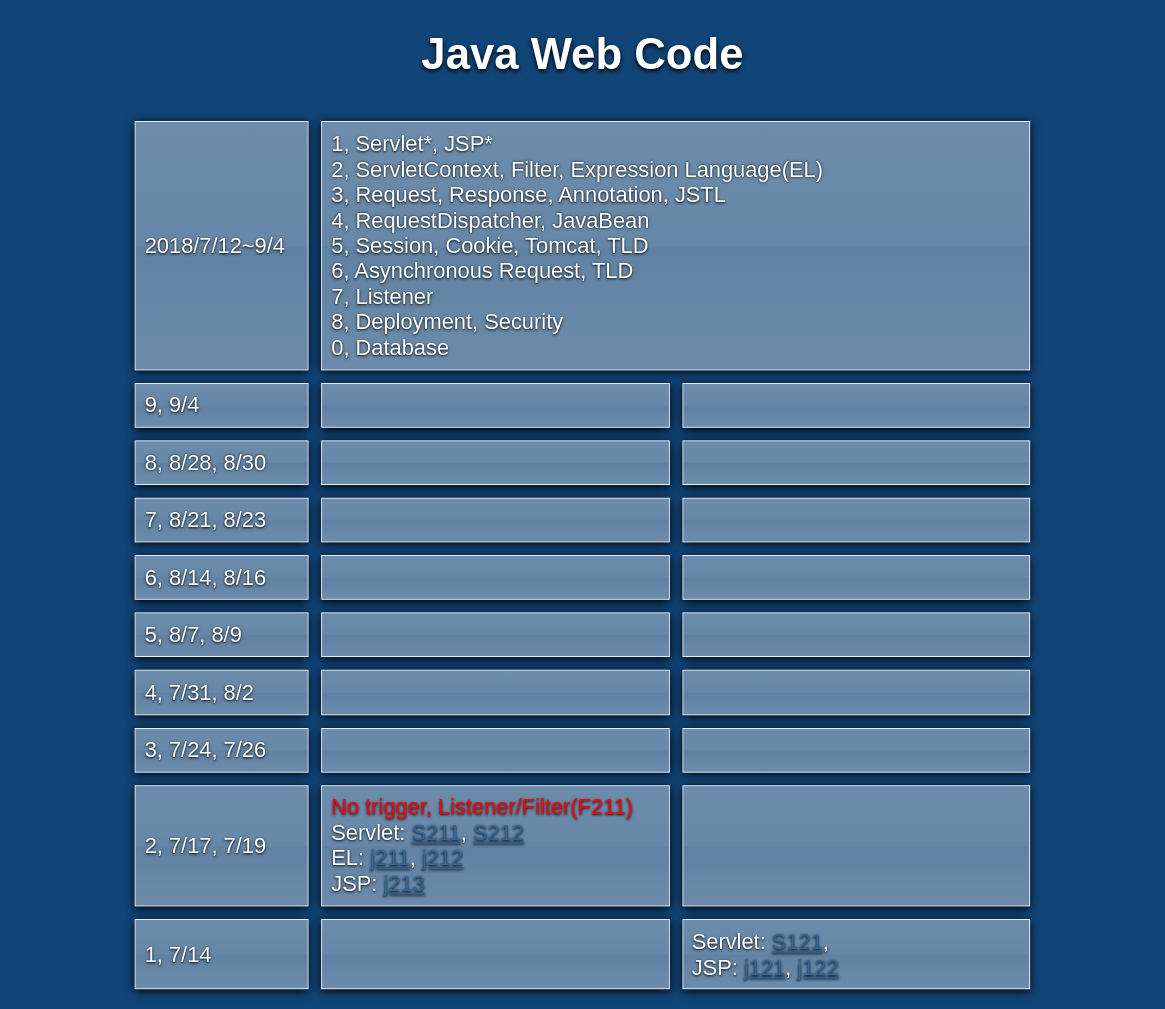
Repository: anxhuang/Java_Web
Page: code/WebContent/index.html
These files come from the project's save history. The page is drawn as it stood at one moment and after the next save; the edit follows.
The browser window is 1280 px wide. The pictures show the whole page, at 91% of full size.

Above is the page before, as saved 2018-07-17 12:00:31.

After the next save:
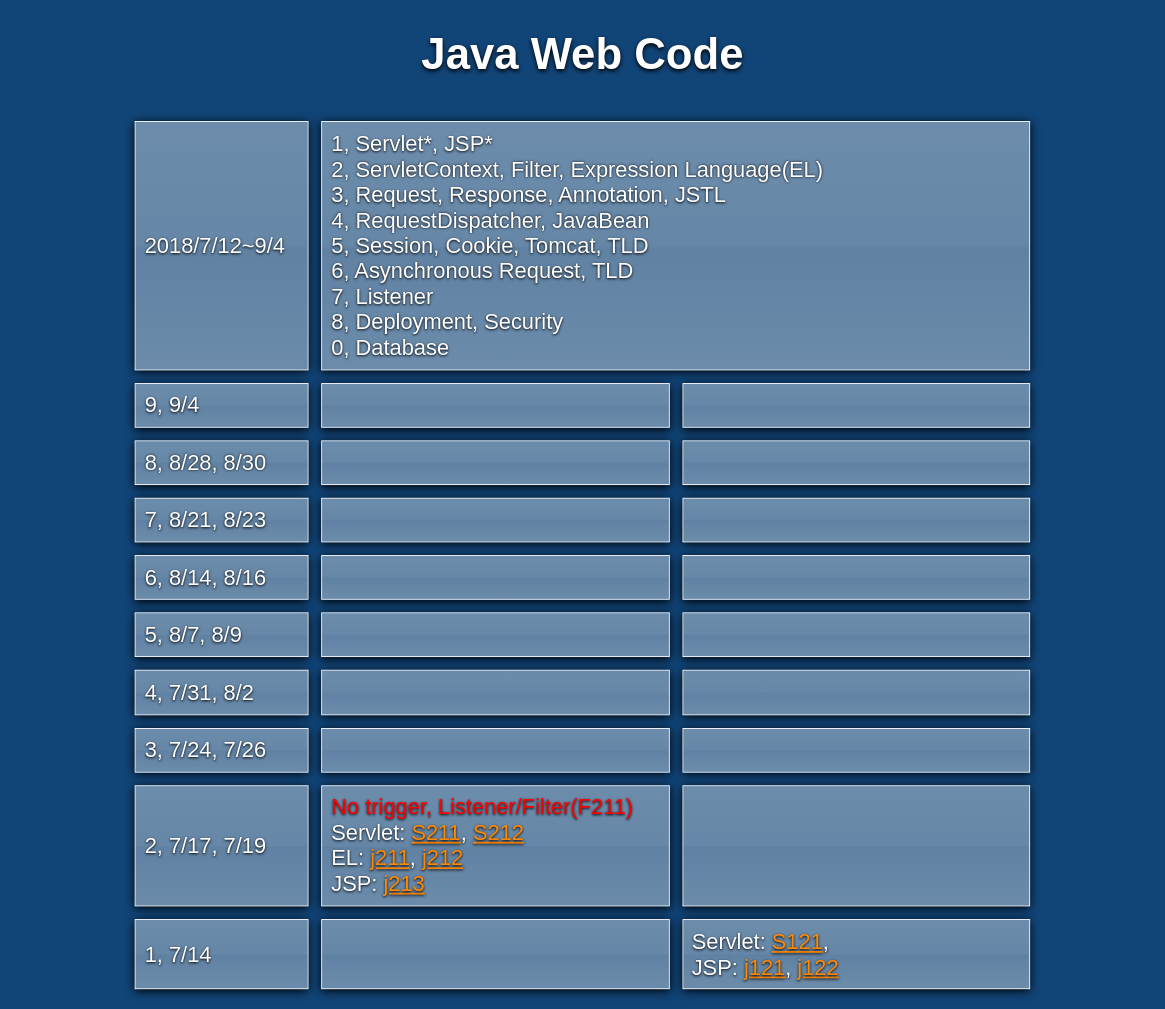
Saved 2 min 25 s later.
--- a/code/WebContent/index.html
+++ b/code/WebContent/index.html
@@ -43,7 +43,7 @@
 	td:nth-child(3){
 		width: 40%;
 	}
-	a:link		{color: #369;}
+	a:link		{color: #F80;}
 	a:visited	{colot: #555;}
 </style>
 </head>
